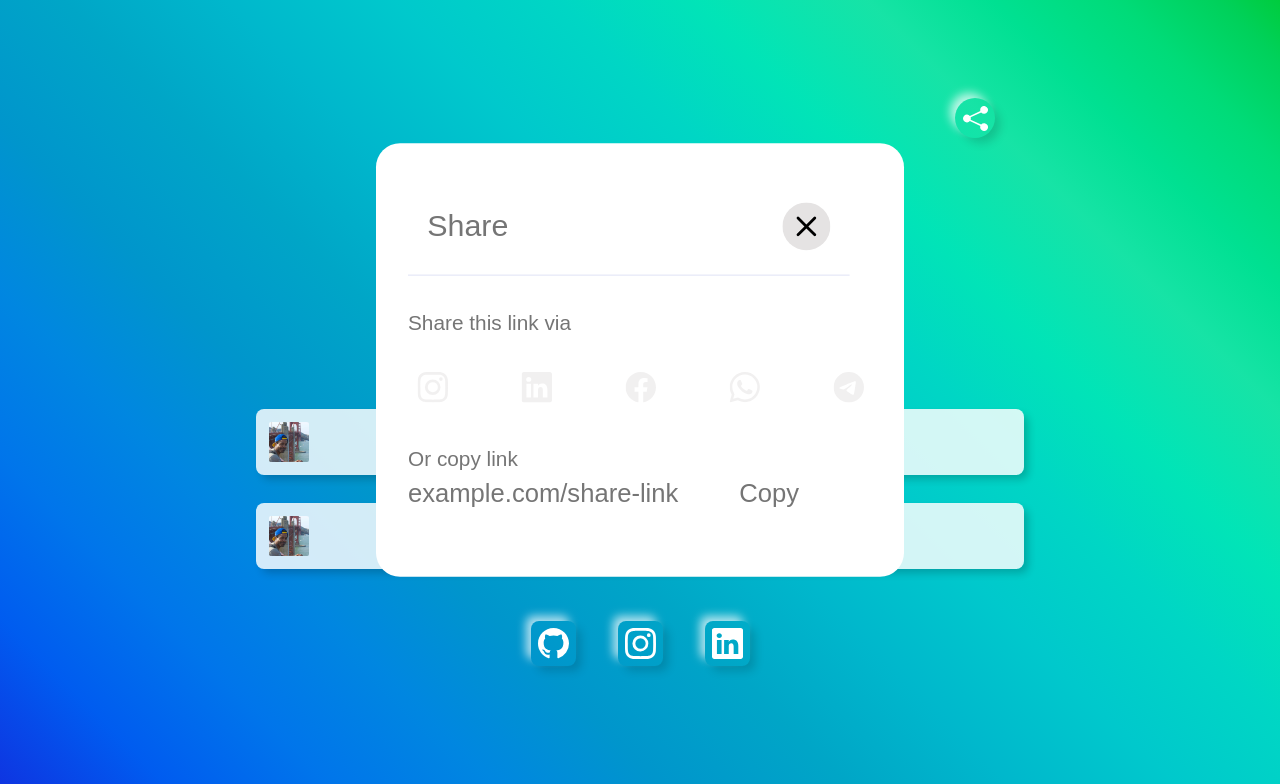
Repository: MateLaDBrouille97/linktree
Page: /
An editor plug-in stored every save of this project. The page is shown before and after the next save, followed by the edit.
The browser window is 1280 px wide. The pictures show the whole page.
The project was rebuilt for these pictures with package versions that can differ from the ones it lists, and the page was loaded fresh each time. The framework's server and built-in components were replaced by stand-ins that run in the browser. Also part of the build but not shown: next.config.js, styles/Home.module.css, styles/scrollup.css.

Above is the page before, as saved 2023-01-24 00:05:24.

### app/layout.tsx
"use client";

import '@/styles/globals.css'
import '../styles/Home.module.css';
import '../styles/scrollup.css';
import '../styles/home.css';
import '../styles/socials.css';
import '../styles/share.css';
import ScrollDow from '../components/ScrollDow';
import ScrollUp from '../components/scrollup/ScrollUp'

export default function RootLayout({
    children,
  }: {
    children: React.ReactNode;
  }) {
    return (
      <html lang="en">
        <body>{children}</body>
        {/* <ScrollDow/> */}
        {/* <ScrollUp/> */}
      </html>
    );
  }

### app/page.tsx
"use client";

import Image from "next/image";
import data from "data.json";
import image from "../public/ManuelTL2.jpg";
import image1 from "../public/ManuelTL2.jpg";
import { useEffect, useState } from "react";
import Socials from "../components/Socials";
import Share from "@/components/Share";

function LinkCard({
  href,
  title,
  image,
}: {
  href: string;
  title: string;
  image?: string;
}) {
  return (
    <a
      href={href}
      className="flex items-center p-3 w-full rounded-lg hover:scale-105 transition-all bg-gray-100 mb-3 -mt-2 max-w-3xl home__linkcard-box"
    >
      <div className="flex text-center w-full home__linkcard-card">
        <div className="w-10 h-10 home__linkcard-img">
          {image1 && (
            <Image
              className="rounded-sm"
              alt={data.name}
              src={image1}
              width={40}
              height={40}
            />
          )}
        </div>
        <h2 className="flex justify-center items-center font-semibold w-full text-gray-700 -ml-10 home__linkcard-title">
          {title}
        </h2>
      </div>
    </a>
  );
}

export default function Home() {
  /*==================== Toggle Menu ====================== */
  const [toggle, showMenu] = useState(false);
  const [activeNav, setActiveNav] = useState("#home");

  /* +++++++++++++++++++++++++++++++++++++++++++++++++ */
  // const { dbUser, image } = useUserContext();

  // const breakpoints = (width) => {
  //   if (width < 640) {
  //     return "xs";
  //   } else if (width >= 640 && width < 768) {
  //     return "sm";
  //   } else if (width >= 768 && width < 1024) {
  //     return "md";
  //   } else if (width >= 1024) {
  //     return "lg";
  //   }
  // };

  // const [breakpoint, setBreakpoint] = useState(() =>
  //   breakpoints(typeof window !== "undefined" && window.innerWidth)
  // );

  useEffect(() => {
    if (toggle) {
      // const calcInnerWidth = function () {
      //   setBreakpoint(breakpoints(window.innerWidth));
      // };
      // window.addEventListener("resize", calcInnerWidth);
      window.addEventListener("scroll", function () {
        const header = this.document.querySelector(".header");
        //scroll higher than 200 viewport height
        //add scroll header class to a tag with the scroll-top
        if (this.scrollY >= 80) header?.classList.add("scroll-header");
        else header?.classList.remove("scroll-header");
      });
    }
  }, []);

  useEffect(() => {
    showMenu(true);
  }, []);

  return (
    <div className="flex items-center flex-col mx-auto w-full justify-center mt-16 px-8 ">
      <Share/>
      <a
        href="#home"
        onClick={() => setActiveNav("#home")}
        // className={
        //   activeNav === "#home" ? "nav__logo active-link" : "nav__logo"
        // }
      >
        <Image
          className="rounded-full"
          alt={data.name}
          src={image}
          width={96}
          height={96}
        />
      </a>

      <h1 className="font-semibold mt-4 mb-8 text-xl" style={{color:"white"}}>{data.name}</h1>
      <h3 className="home__description" style={{color:"white"}}>{data.small_description}</h3>

      <div className="grid place-items-center w-full mt-2">
        {data.links.map((link) => (
          <LinkCard key={link.href} {...link} />
        ))}
      </div>

      <div className="gap-3 items-center flex mt-10">
        {data?.socials?.map((social) => {
         return(

          <Socials title={social?.title} key={social?.href} />
          )
        })}
      </div>
    </div>
  );
}

### styles/globals.css
@tailwind base;
@tailwind components;
@tailwind utilities;

body{
  height:100vh;
  background-image: linear-gradient(
  45deg,
  hsl(229deg 88% 47%) 0%,
  hsl(217deg 100% 47%) 8%,
  hsl(210deg 100% 46%) 16%,
  hsl(204deg 100% 44%) 24%,
  hsl(196deg 100% 40%) 32%,
  hsl(190deg 100% 39%) 41%,
  hsl(186deg 100% 40%) 49%,
  hsl(181deg 100% 40%) 57%,
  hsl(175deg 100% 42%) 65%,
  hsl(168deg 99% 45%) 72%,
  hsl(162deg 82% 49%) 80%,
  hsl(159deg 100% 44%) 86%,
  hsl(153deg 100% 43%) 92%,
  hsl(146deg 100% 41%) 97%,
  hsl(138deg 100% 40%) 100%
);
}

@import  url('https://api.iconify.design/material-symbols/arrow-upward.svg');

/*=============== GOOGLE FONTS ===============*/
@import url("https://fonts.googleapis.com/css2?family=Poppins:wght@400;500;600&display=swap");

/*=================== NEXT.JS ================*/

html,
body {
  padding: 0;
  margin: 0;
  font-family: -apple-system, BlinkMacSystemFont, Segoe UI, Roboto, Oxygen,
    Ubuntu, Cantarell, Fira Sans, Droid Sans, Helvetica Neue, sans-serif;
}

h1 {
  font-size: 1.75rem;
}




/*=============== VARIABLES CSS ===============*/
:root {
  --header-height: 3rem;

  /*========== Colors ==========*/
  /*Color mode HSL(hue, saturation, lightness)*/
  --hue: 0;
  --sat: 0%;
  --title-color: hsl(var(--hue), var(--sat), 20%);
  --title-color-dark: hsl(var(--hue), var(--sat), 0%);
  --text-color: hsl(var(--hue), var(--sat), 46%);
  --body-color: hsl(var(--hue), var(--sat), 98%);
  --container-color: #fff;

  /*========== Font and typography ==========*/
  --body-font: "Poppins", sans-serif;

  /*.5rem = 8px | 1rem = 16px ...*/
  --big-font-size: 3.5rem;
  --h1-font-size: 2.75rem;
  --h2-font-size: 1.5rem;
  --h3-font-size: 1.25rem;
  --normal-font-size: 1rem;
  --small-font-size: 0.875rem;
  --smaller-font-size: 0.813rem;
  --tiny-font-size: 0.625rem;

  /*========== Font weight ==========*/
  --font-normal: 400;
  --font-medium: 500;
  --font-semi-bold: 600;

  /*========== Margenes Bottom ==========*/
  /*.5rem = 8px | 1rem = 16px ...*/
  --mb-0-25: 0.25rem;
  --mb-0-5: 0.5rem;
  --mb-0-75: 0.75rem;
  --mb-1: 1rem;
  --mb-1-5: 1.5rem;
  --mb-2: 2rem;
  --mb-2-5: 2.5rem;
  --mb-3: 3rem;

  /*========== z index ==========*/
  --z-tooltip: 10;
  --z-fixed: 100;
  --z-modal: 1000;
}

/* Responsive typography */
@media screen and (max-width: 992px) {
  :root {
    --big-font-size: 2.75rem;
    --h1-font-size: 1.5rem;
    --h2-font-size: 1.25rem;
    --h3-font-size: 1rem;
    --normal-font-size: 0.938rem;
    --small-font-size: 0.813rem;
    --smaller-font-size: 0.75rem;
  }
}

/*=============== BASE ===============*/
* {
  margin: 0;
  padding: 0;
  box-sizing: border-box;
}

html {
  scroll-behavior: smooth;
}

body,
button,
input,
textarea {
  font-family: var(--body-font);
  font-size: var(--normal-font-size);
}

body {
  background-color: var(--body-color);
  color: var(--text-color);
}

h1,
h2,
h3 {
  color: var(--title-color);
  font-weight: var(--font-semi-bold);
}

ul {
  list-style: none;
}

a {
  text-decoration: none;
}

button {
  cursor: pointer;
  border: none;
  outline: none;
}

img {
  max-width: 100%;
  height: auto;
}

/*=============== REUSABLE CSS CLASSES ===============*/
.section {
  padding: 6rem 0 2rem;
}

.section__title {
  font-size: var(--h1-font-size);
  color: var(--title-color);
}

.section__subtitle {
  display: block;
  font-size: var(--normal-font-size);
  margin-bottom: 4rem;
}

.section__title,
.section__subtitle {
  text-align: center;
}

/*=============== LAYOUT ===============*/
.container {
  max-width: 968px;
  margin-left: auto;
  margin-right: auto;
}

.grid {
  display: grid;
  gap: 1.5rem;
}

/*=============== BUTTONS ===============*/
.button {
  display: inline-block;
  background-color:rgb(100, 189, 140);
  color: var(--container-color);
  padding: 1.25rem 2rem;
  border-radius: 1rem;
  font-weight: var(--font-medium);
}

.button:hover {
  background-color: rgb(81, 209, 138);
  color: var(--container-color);
}

.button__icon {
  margin-left: var(--mb-0-5);
}

.button--flex {
  display: inline-flex;
  align-items: center;

}




/*=============== BREAKPOINTS ===============*/
/* For large devices */
@media screen and (max-width: 992px) {
  .container {
    margin-left: var(--mb-1-5);
    margin-right: var(--mb-1-5);
  }

  .button {
    padding: 1rem 1.75rem;
  }

  .button__icon {
    width: 22px;
    height: 22px;
  }
}

/* For medium devices */
@media screen and (max-width: 768px) {
  body {
    margin: 0 0 var(--header-height) 0;
  }

  .section {
    padding: 2rem 0 4rem;
  }

  .section__subtitle {
    margin-bottom: var(--mb-3);
  }
}

@media screen and (max-width: 576px) {

}

/* For small devices */
@media screen and (max-width: 350px) {
  :root {
    --big-font-size: 2.25rem;
  }

  .container {
    margin-left: var(--mb-1);
    margin-right: var(--mb-1);
  }
}

### styles/home.css
.home__container{
    row-gap: 7rem;
}

.home__content{
    grid-template-columns: 116px repeat(2, 1fr);
    padding-top: 5.5rem;
    column-gap: 2rem;
    align-items: center;
}

.home__social{
    display:grid;
    grid-template-columns: max-content;
    row-gap: 1rem;
}

.home__social-icon{
    font-size:1.25rem;
    color: var(--title-color);
}

.home__social-icon:hover{
    color:rgb(165, 30, 75);
}



.home__social-icon:hover{
    color: var(--title-color-dark);
}

.home__title{
    font-size:var(--h1-font-size);
    margin-bottom:var(--mb-0-25);
}

.home__hand{
    width: 38px;
    height: 38px;
    margin-left: 0.4rem;
}

.home__subtitle{
    position: relative;
    font-size:var(--h3-font-size);
    padding-left: 5.4rem;
    font-weight: var(--font-normal);
    margin-bottom: var(--mb-1);
}

.home__subtitle::before{
    content:'';
    position:absolute;
    width: 70px;
    height:1px;
    background-color:var(--text-color);
    left:0;
    top:1rem;
}

.home__description{
    max-width:400px;
    margin-bottom: var(--mb-3);
    line-height: 1.7;
}

.home__linkcard-box{
    background-color: rgba(255, 255, 255, 0.829);
    border-color: whitesmoke;
    border-width: 3px;
    transition: transform 0.5s;
    box-shadow: 5px 5px 9px -1px rgba(0,0,0,0.2);

    border: 1px solid rgba(0,0,0,0);
    transition: transform 0.5s;
}

.home__linkcard-box:hover{
    box-shadow: 10px 10px 0px -1px rgba(0,0,0,0.15),
                1px 1px 0.5px  rgba(0,0,0,0.15),
                0px -12px 10px -10px  rgba(0,0,0,0.05);
     border: 1px solid   rgba(0,0,0,0.1);
    /* transform:translateY(-2px)  ;    */
}

.home__linkcard-box::after{
    transition: transform 0.5s;
}

.home__linkcard-box:hover::after .home__linkcard-title {
    transition: transform 0.7s;
}

.home__linkcard-box:hover::after .home__linkcard-img {
    transition: transform 0.7s;
}

.home__linkcard-box:hover .home__linkcard-title{
    transform:scale(1.05);
    transition: transform 0.5s;
}

.home__linkcard-box:hover .home__linkcard-img{
    transform:scale(1.15);
    transition: transform 0.5s;
}




.home__img{
/* background: url(../../assets/Mur.jpg); */
background-repeat: no-repeat;
background-position: center;
background-size: cover;
box-shadow: inset 0 0 0 9px rgb(255 255 255/30%);
order: 1;
justify-self: center;
width:375px ;
height: 350px;
animation: profile__animate 8s ease-in-out infinite 1s;
}

@keyframes profile__animate {
    0%{
        border-radius: 60% 40% 30% 70%/60% 30% 70% 40%;
    }

    50%{
        border-radius: 30% 60% 70% 40%/50% 60% 30% 60%;
    }

    100%{
        border-radius: 60% 40% 30% 70%/60% 30% 70% 40%;
    }
}

.home__scroll{
    position:fixed;
    left: 2.5rem;
    bottom: 3rem;
    /* opacity:0.8; */
    padding:0.3rem 0.5rem;
    border-radius:0.4rem;
    z-index: var(--z-tooltip);
    transition: .4s;
}


.wheel {
    animation: scroll 2s ease infinite;
}

@keyframes scroll{
    0% {
        transform: translateY(0);
    }
    30% {
        transform: translateY(3.7rem);
    }

}


.home__scroll-name{
    color: rgba(255, 255, 255, 0.829);
    font-weight: var(--font-medium);
    margin-right: var(--mb-0-25);
    margin-left: 2px;
}

.home__scroll-arrow{
    font-size: 1.25rem;
    color: rgba(255, 255, 255, 0.829);
}


/*=============== BREAKPOINTS ===============*/
/* For large devices */
@media screen and (max-width: 992px) {
    .home__content{
        grid-template-columns: 100px repeat(2, 1fr);
        column-gap: 1.25rem;

    }

    .home__hand{
        width:26px;
        height:26px;
    }

    .home__subtitle{
        padding-left: 3.75rem;
        margin-bottom: var(--mb-1);

    }

    .home__subtitle::before {
        width:42px;
        top:0.8rem;
    }

    .home__description{
        max-width: initial;
        margin-bottom: var(--mb-2-5);
    }

    .home__img{
        width:250px;
        height:250px;
        box-shadow:inset 0 0 0 8px rgb(255 255 255/30%)
    }

    .home__scroll{
        margin-left: 7.5rem;
    }



  }

  /* For medium devices */
  @media screen and (max-width: 768px) {
    .home__content{
        grid-template-columns: 0.5fr 3fr;
        padding-top: 3.5rem;
    }

    .home__img{
        order:initial;/* ordre d'apparition de l'element*/
        justify-self: initial;
        box-shadow: inset 0 0 0 9px rgb(255 255 255/30%);
        width:200px;
        height: 200px;
    }

    .home__data{
        grid-column:1/3;
    }

    .home__scroll{
        display:none;
    }


  }



  /* For small devices */
  @media screen and (max-width: 350px) {


    .home__img{

        width:180px ;
        height: 180px;
    }

    .home__hand{
        width:22px;
        height:22px;
    }


  }

### styles/socials.css
/* .social__link{
    color: var(--container-color);
    font-size: 1.125rem;
    padding: 0.4rem;
    border-radius:1.5rem;
    display: inline-flex;
} */
/*
.social__link:hover{
    background-color:rgba(44, 203, 224, 0.986);
} */

.social__link{
    display:flex;
    /* background-color: var(--container-color); */
    color: var(--container-color);
    height: 45px;
    width: 45px;
    margin: 0 15px;
    border-radius: 8px;
    align-items: center;
    justify-content:center;
    text-decoration: none;
    box-shadow: 6px 6px 10px -1px rgba(0,0,0,0.15),
                -6px -6px 10px -1px rgba(255,255,255,0.7);
    border: 1px solid   rgba(0,0,0,0);
    transition: transform 0.5s;
}

a svg {
    font-size: 38px;
    color: white;
    transition: transform 0.5s;
}


.social__link:hover{
    background-color: rgba(255, 255, 255, 0.829);
    box-shadow: inset 4px 4px 6px -1px rgba(0,0,0,0.2),
                inset -4px -4px 6px -1px rgba(255,255,255,0.7),
                -0.5px -0.5px 0px  rgba(255,255,255,1),
                0.5px 0.5px 0px  rgba(0,0,0,0.15),
                0px -12px 10px -10px  rgba(0,0,0,0.05);
    border: 1px solid   rgba(0,0,0,0.1);
    transform:translateY(2px)  ;
}


a:hover svg{
    transform: scale(1.10);
    fill: black;
    transition: transform 0.5s;
}

a:hover .bi-linkedin{
    fill:rgb(18, 83, 203) ;
    transform:scale(1.10);
    transition: transform 0.5s;
}

a:hover .bi-instagram{
    fill:#e64771;
    transform:scale(1.10);
    transition: transform 0.5s;
}


/*=============== BREAKPOINTS ===============*/
/* For large devices */
@media screen and (max-width: 992px) {


    .social__link:hover{

        box-shadow: inset 4px 4px 6px -1px rgba(0,0,0,0.2),
                    inset -4px -4px 6px -1px rgba(255,255,255,0.7),
                    -0.5px -0.5px 0px  rgba(255,255,255,1),
                    0.5px 0.5px 0px  rgba(0,0,0,0.15),
                    0px -12px 10px -10px  rgba(0,0,0,0.05);
        border: 1px solid   rgba(0,0,0,0.1);
        transform:translateY(2px)  ;
    }




  }

  /* For medium devices */
  @media screen and (max-width: 768px) {




  }



  /* For small devices */
  @media screen and (max-width: 350px) {





  }

### styles/share.css
/*          Share   Items  */

.share-link {
  display: flex;
  color: var(--container-color);
  height: 45px;
  width: 45px;
  margin: 0 15px;
  border-radius: 22px;
  align-items: center;
  justify-content: center;
  text-decoration: none;
  box-shadow: 6px 6px 10px -1px rgba(0, 0, 0, 0.15),
    -6px -6px 10px -1px rgba(255, 255, 255, 0.7);
  border: 1px solid rgba(0, 0, 0, 0);
  transition: transform 0.5s;
}

.share-link:hover {
  background-color: rgba(255, 255, 255, 0.829);
  box-shadow: inset 4px 4px 6px -1px rgba(0, 0, 0, 0.2),
    inset -4px -4px 6px -1px rgba(255, 255, 255, 0.7),
    -0.5px -0.5px 0px rgba(255, 255, 255, 1),
    0.5px 0.5px 0px rgba(0, 0, 0, 0.15),
    0px -12px 10px -10px rgba(0, 0, 0, 0.05);
  border: 1px solid rgba(0, 0, 0, 0.1);
  transform: translateY(2px);
}

/* .share-link .bi-share-fill{
    fill: white;
} */

.share-link:hover .bi-share-fill {
  fill: black;
  transform: scale(1.1);
  transition: transform 0.5s;
}

header {
  width: 95%;
  max-width: 788px;
  display: flex;
  justify-content: flex-end;
  padding: 12px;
  margin-top: 5px;
}

.share-button {
  width: 40px;
  height: 40px;
  border-radius: 20px;
  color: var(--container-color);
}

.share {
  width: 95%;
  max-width: 788px;
  display: flex;
  justify-content: flex-end;
  padding: 12px;
  margin-top: 5px;
  z-index: 10;
}

.modal-share {
  position: absolute;
  top: 50%;
  left: 50%;
  transform: translate(-50%, -50%) scale(1.6);
  background: var(--container-color);
  padding: 20px;
  border-radius: 15px;
  max-width: 330px;
  width: 60%;
}

.modal-share :is(header, .icons) {
  display: flex;
  align-items: center;
  justify-content: space-between;
}

.modal-share header {
  padding-bottom: 15px;
  border-bottom: 1px solid #ebedf9;
}

header .close .icons a {
  display: flex;
  align-items: center;
  justify-content: center;
  border-radius: 50%;
}

header .close {
  height: 33px;
  width: 33px;
  background: var(--container-color);
  cursor: pointer;
}

.modal-title {
  font-size: 19px;
  font-weight: 500;
}

.modal-share .content {
  margin: 20px 0;
}

.content p {
  font-size: 13px;
}

.content .icons {
  margin: 15px 0 20px 0;
}

.close .bi-x {

  height: 30px;
  width: 30px;
  border-radius: 15px;
  background-color:#e5e3e3;
  border: 1px solid transparent;
  text-decoration: none;
  display: flex;
  justify-content: flex-end;
  align-items: flex-end;
}

.icons a {
  height: 30px;
  width: 30px;
  border: 1px solid transparent;
  text-decoration: none;
  display: flex;
  justify-content: center;
  align-items: center;
}

.icons svg {
    fill: #e5e3e386
}

### components/Socials.tsx
function GitHubIcon() {
  return (
    <a href="https://github.com/LuckyMate97" className="social__link">
      <svg xmlns="http://www.w3.org/2000/svg" width="31" height="31" fill="white" className="bi bi-github" viewBox="0 0 16 16"> <path d="M8 0C3.58 0 0 3.58 0 8c0 3.54 2.29 6.53 5.47 7.59.4.07.55-.17.55-.38 0-.19-.01-.82-.01-1.49-2.01.37-2.53-.49-2.69-.94-.09-.23-.48-.94-.82-1.13-.28-.15-.68-.52-.01-.53.63-.01 1.08.58 1.23.82.72 1.21 1.87.87 2.33.66.07-.52.28-.87.51-1.07-1.78-.2-3.64-.89-3.64-3.95 0-.87.31-1.59.82-2.15-.08-.2-.36-1.02.08-2.12 0 0 .67-.21 2.2.82.64-.18 1.32-.27 2-.27.68 0 1.36.09 2 .27 1.53-1.04 2.2-.82 2.2-.82.44 1.1.16 1.92.08 2.12.51.56.82 1.27.82 2.15 0 3.07-1.87 3.75-3.65 3.95.29.25.54.73.54 1.48 0 1.07-.01 1.93-.01 2.2 0 .21.15.46.55.38A8.012 8.012 0 0 0 16 8c0-4.42-3.58-8-8-8z"/> </svg>
    </a>
  );
}

function InstagramIcon() {
  return (
    <a href="https://www.instagram.com/oto.mata33/" className="social__link">
      <svg xmlns="http://www.w3.org/2000/svg" width="31" height="31" fill="white" className="bi bi-instagram" viewBox="0 0 16 16"> <path d="M8 0C5.829 0 5.556.01 4.703.048 3.85.088 3.269.222 2.76.42a3.917 3.917 0 0 0-1.417.923A3.927 3.927 0 0 0 .42 2.76C.222 3.268.087 3.85.048 4.7.01 5.555 0 5.827 0 8.001c0 2.172.01 2.444.048 3.297.04.852.174 1.433.372 1.942.205.526.478.972.923 1.417.444.445.89.719 1.416.923.51.198 1.09.333 1.942.372C5.555 15.99 5.827 16 8 16s2.444-.01 3.298-.048c.851-.04 1.434-.174 1.943-.372a3.916 3.916 0 0 0 1.416-.923c.445-.445.718-.891.923-1.417.197-.509.332-1.09.372-1.942C15.99 10.445 16 10.173 16 8s-.01-2.445-.048-3.299c-.04-.851-.175-1.433-.372-1.941a3.926 3.926 0 0 0-.923-1.417A3.911 3.911 0 0 0 13.24.42c-.51-.198-1.092-.333-1.943-.372C10.443.01 10.172 0 7.998 0h.003zm-.717 1.442h.718c2.136 0 2.389.007 3.232.046.78.035 1.204.166 1.486.275.373.145.64.319.92.599.28.28.453.546.598.92.11.281.24.705.275 1.485.039.843.047 1.096.047 3.231s-.008 2.389-.047 3.232c-.035.78-.166 1.203-.275 1.485a2.47 2.47 0 0 1-.599.919c-.28.28-.546.453-.92.598-.28.11-.704.24-1.485.276-.843.038-1.096.047-3.232.047s-2.39-.009-3.233-.047c-.78-.036-1.203-.166-1.485-.276a2.478 2.478 0 0 1-.92-.598 2.48 2.48 0 0 1-.6-.92c-.109-.281-.24-.705-.275-1.485-.038-.843-.046-1.096-.046-3.233 0-2.136.008-2.388.046-3.231.036-.78.166-1.204.276-1.486.145-.373.319-.64.599-.92.28-.28.546-.453.92-.598.282-.11.705-.24 1.485-.276.738-.034 1.024-.044 2.515-.045v.002zm4.988 1.328a.96.96 0 1 0 0 1.92.96.96 0 0 0 0-1.92zm-4.27 1.122a4.109 4.109 0 1 0 0 8.217 4.109 4.109 0 0 0 0-8.217zm0 1.441a2.667 2.667 0 1 1 0 5.334 2.667 2.667 0 0 1 0-5.334z"/> </svg>
    </a>
  );
}

function LinkedInIcon() {
  return (
    <a href="https://ca.linkedin.com/" className="social__link">
      <svg xmlns="http://www.w3.org/2000/svg" width="31" height="31" fill="white" className="bi bi-linkedin" viewBox="0 0 16 16"> <path d="M0 1.146C0 .513.526 0 1.175 0h13.65C15.474 0 16 .513 16 1.146v13.708c0 .633-.526 1.146-1.175 1.146H1.175C.526 16 0 15.487 0 14.854V1.146zm4.943 12.248V6.169H2.542v7.225h2.401zm-1.2-8.212c.837 0 1.358-.554 1.358-1.248-.015-.709-.52-1.248-1.342-1.248-.822 0-1.359.54-1.359 1.248 0 .694.521 1.248 1.327 1.248h.016zm4.908 8.212V9.359c0-.216.016-.432.08-.586.173-.431.568-.878 1.232-.878.869 0 1.216.662 1.216 1.634v3.865h2.401V9.25c0-2.22-1.184-3.252-2.764-3.252-1.274 0-1.845.7-2.165 1.193v.025h-.016a5.54 5.54 0 0 1 .016-.025V6.169h-2.4c.03.678 0 7.225 0 7.225h2.4z"/> </svg>
    </a>
  );
}

function Socials({ title }:{title?:string;}) {
  if (title == "Instagram") {
    return <InstagramIcon  />;
  }
  if (title == "Github") {
    return <GitHubIcon  />;
  }
  if (title == "LinkedIn") {
    return <LinkedInIcon  />;
  }
}

export default Socials;

Loaded but not shown: data.json (35 lines, source omitted); tailwind.config.js (13 lines, source omitted); components/Share.tsx (116 lines, source omitted)

After the next save:
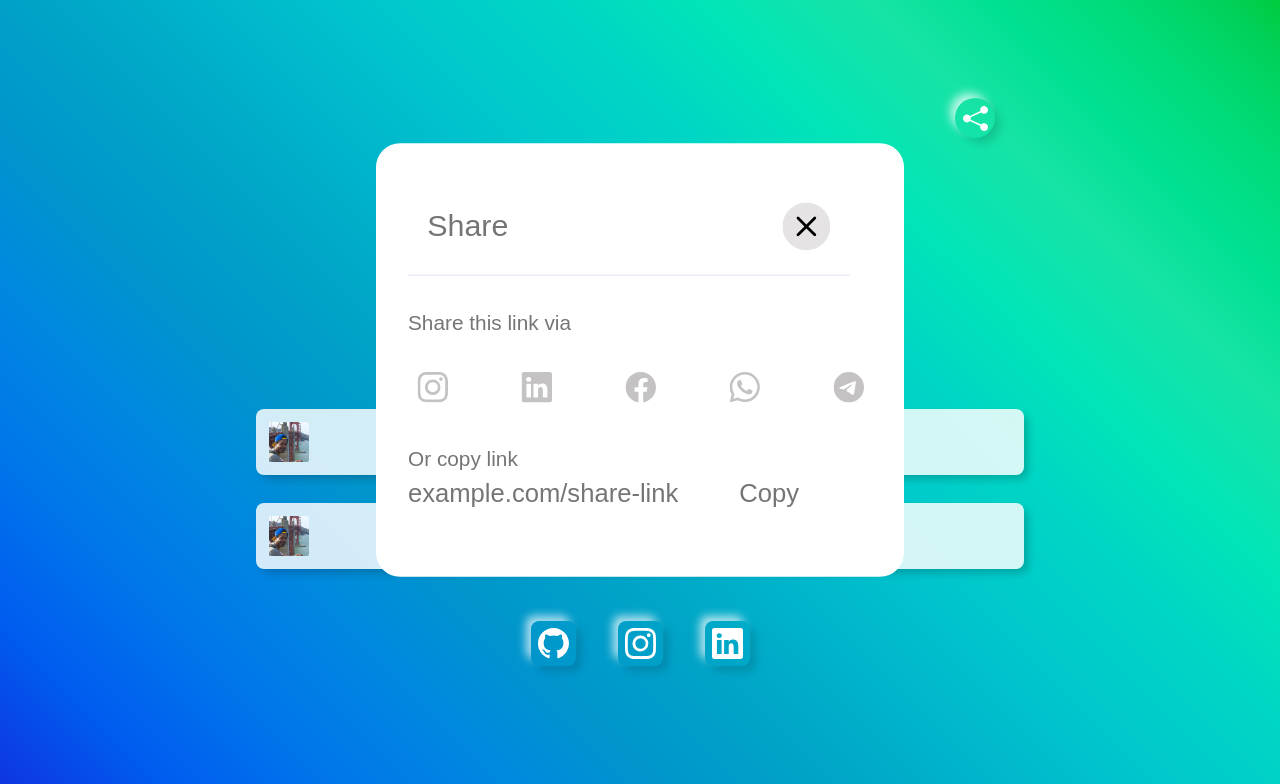
Saved 19 s later.
--- a/styles/share.css
+++ b/styles/share.css
@@ -141,5 +141,5 @@ header .close {
 }
 
 .icons svg {
-    fill: #e5e3e386
+    fill: #8f8c8c86
 }
